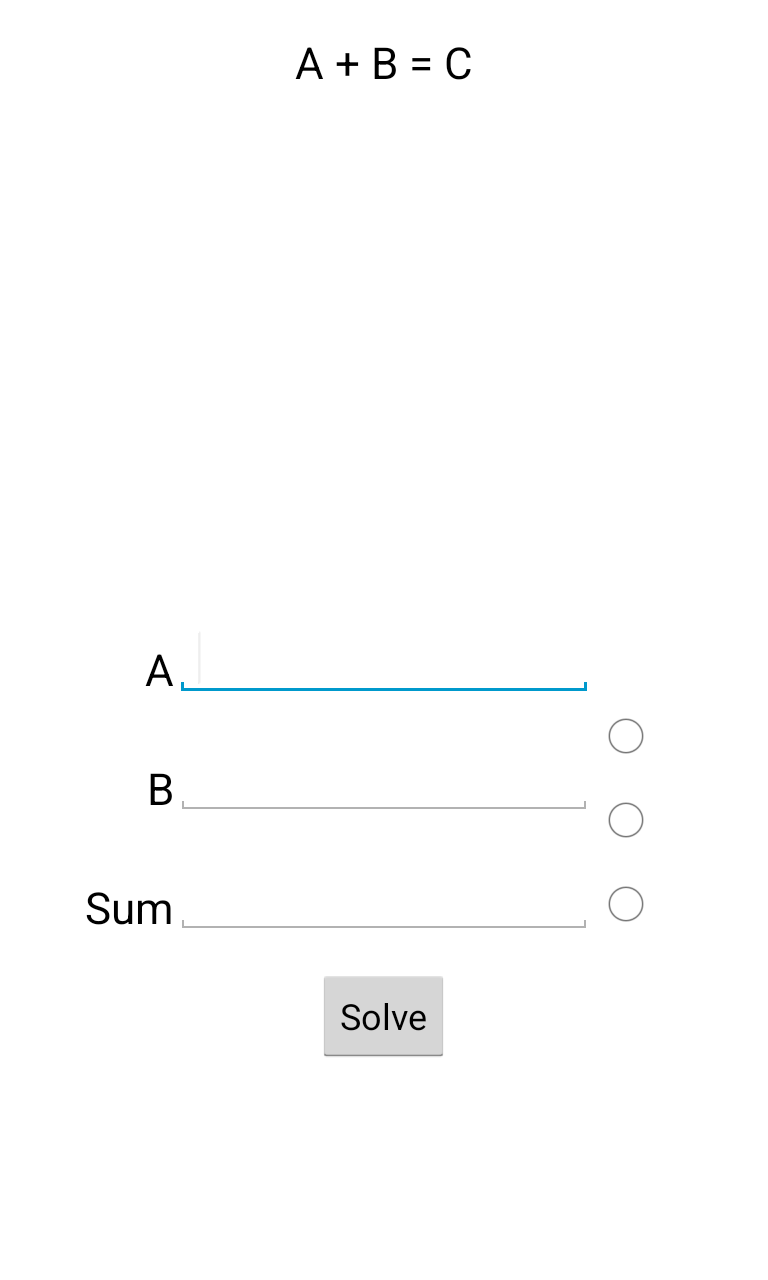
Repository: dtri123/Equation-Station
Layout: TheEquationStation/res/layout/addition_page.xml
The author's editor kept a copy of each file at every save. The layout is drawn from the files as they stood at one save, then again after the next save.
It is drawn on a 768 x 1280 px phone screen (xhdpi) without system bars, with theme AppTheme; the app's code is not run.

Above is the layout before, as saved 2013-07-18 17:23:48.

### TheEquationStation/res/layout/addition_page.xml
<?xml version="1.0" encoding="utf-8"?>
<RelativeLayout xmlns:android="http://schemas.android.com/apk/res/android"
    xmlns:tools="http://schemas.android.com/tools"
    android:layout_width="match_parent"
    android:layout_height="match_parent"
    android:paddingBottom="@dimen/activity_vertical_margin"
    android:paddingLeft="@dimen/activity_horizontal_margin"
    android:paddingRight="@dimen/activity_horizontal_margin"
    android:paddingTop="@dimen/activity_vertical_margin"
    tools:context=".Addition_Page" >

     <Button
        android:id="@+id/add_button"
        android:layout_width="wrap_content"
        android:layout_height="wrap_content"
        android:layout_alignParentBottom="true"
        android:layout_centerHorizontal="true"
        android:layout_marginBottom="92dp"
        android:text="Solve" />

    <TextView
        android:id="@+id/textView1"
        android:layout_width="wrap_content"
        android:layout_height="wrap_content"
        android:layout_centerHorizontal="true"
        android:text="A + B = C"
        android:textAppearance="?android:attr/textAppearanceLarge" />

    <RadioGroup
        android:id="@+id/group1"
        android:layout_width="fill_parent"
        android:layout_height="wrap_content"
        android:layout_alignBottom="@+id/editText_AddSum"
        android:layout_toRightOf="@+id/editText_AddSum"
        android:orientation="vertical" >

        <RadioButton
            android:id="@+id/radioButtonAddA"
            android:layout_width="wrap_content"
            android:layout_height="wrap_content" />


		<RadioButton
			android:id="@+id/radioButtonAddB"
			android:layout_width="wrap_content"
			android:layout_height="wrap_content"
			android:layout_marginTop="10dp" />

		<RadioButton
			android:id="@+id/radioButtonSum"
			android:layout_width="wrap_content"
			android:layout_height="wrap_content"
			android:layout_marginTop="10dp"/>
	</RadioGroup>

    <EditText
        android:id="@+id/editText_AddSum"
        android:layout_width="wrap_content"
        android:layout_height="wrap_content"
        android:layout_above="@+id/add_button"
        android:layout_marginBottom="16dp"
        android:layout_centerHorizontal="true"
        android:ems="10"
        android:inputType="numberDecimal" />

    <EditText
        android:id="@+id/editText_AddB"
        android:layout_width="wrap_content"
        android:layout_height="wrap_content"
        android:layout_above="@+id/editText_AddSum"
        android:layout_centerHorizontal="true"
        android:layout_marginBottom="20dp"
        android:ems="10"
        android:inputType="numberDecimal" />

    <TextView
        android:id="@+id/textView4"
        android:layout_width="wrap_content"
        android:layout_height="wrap_content"
        android:layout_alignBottom="@+id/editText_AddB"
        android:layout_toLeftOf="@+id/editText_AddB"
        android:text="B"
        android:textAppearance="?android:attr/textAppearanceLarge" />

    <TextView
        android:id="@+id/textView3"
        android:layout_width="wrap_content"
        android:layout_height="wrap_content"
        android:layout_alignBottom="@+id/editText_AddA"
        android:layout_toLeftOf="@+id/editText_AddA"
        android:text="A"
        android:textAppearance="?android:attr/textAppearanceLarge" />

    <TextView
        android:id="@+id/TextView01"
        android:layout_width="wrap_content"
        android:layout_height="wrap_content"
        android:layout_alignBottom="@+id/editText_AddSum"
        android:layout_toLeftOf="@+id/editText_AddSum"
        android:text="Sum"
        android:textAppearance="?android:attr/textAppearanceLarge" />

    <EditText
        android:id="@+id/editText_AddA"
        android:layout_width="wrap_content"
        android:layout_height="wrap_content"
        android:layout_above="@+id/editText_AddB"
		android:layout_centerHorizontal="true"
        android:layout_marginBottom="20dp"
        android:ems="10"
        android:inputType="numberDecimal" >

        <requestFocus />
    </EditText>

</RelativeLayout>

Loaded but not shown: TheEquationStation/res/values/styles.xml (common file); TheEquationStation/res/values-v11/styles.xml (common file); TheEquationStation/res/values-v14/styles.xml (common file); TheEquationStation/res/values/dimens.xml (common file)

After the next save:
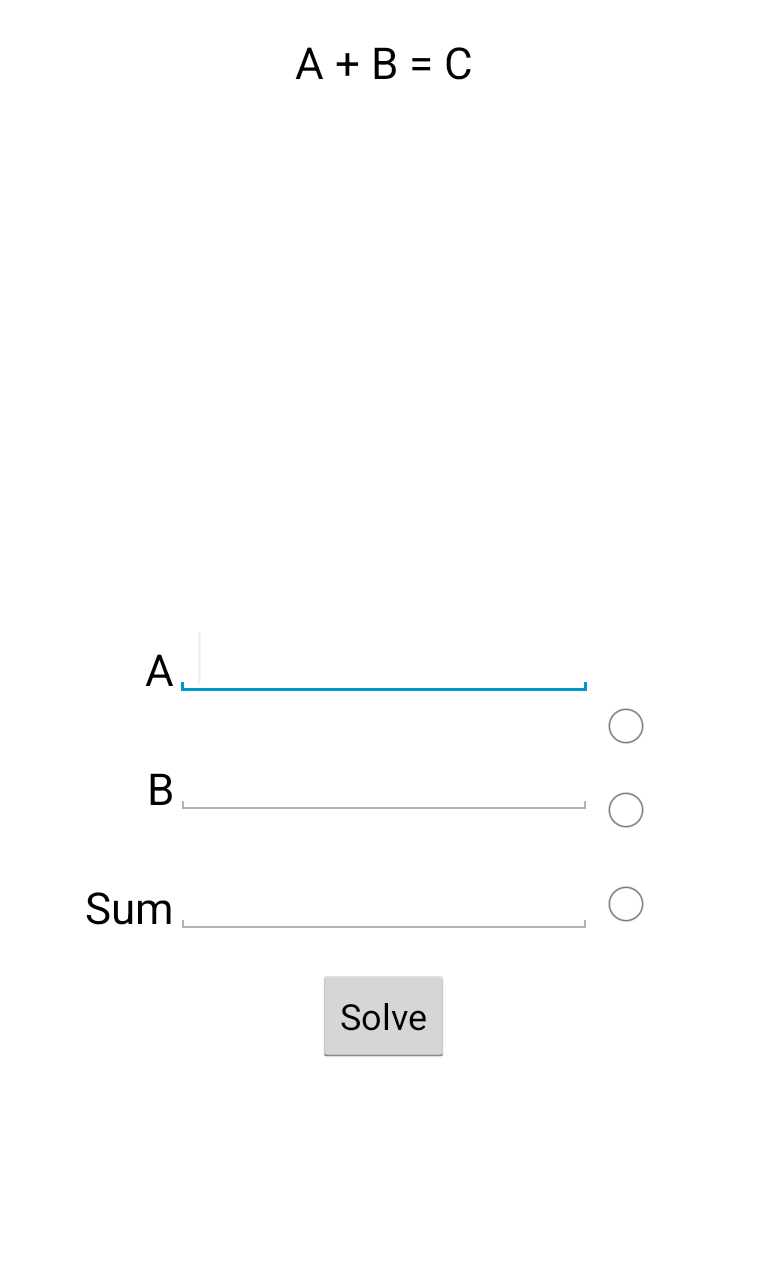
Saved 5 s later.
--- a/TheEquationStation/res/layout/addition_page.xml
+++ b/TheEquationStation/res/layout/addition_page.xml
@@ -50,7 +50,7 @@
 			android:id="@+id/radioButtonSum"
 			android:layout_width="wrap_content"
 			android:layout_height="wrap_content"
-			android:layout_marginTop="10dp"/>
+			android:layout_marginTop="15dp"/>
 	</RadioGroup>
 
     <EditText
